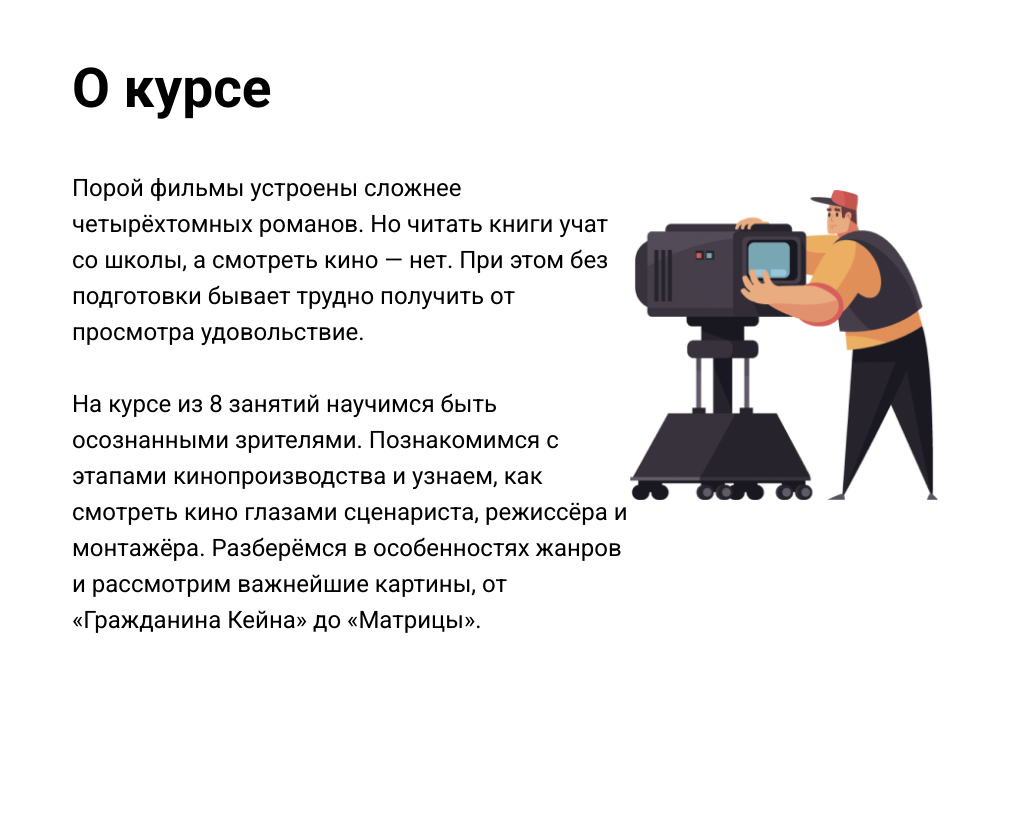
Repository: AytacSafarova/task-figma--1
Page: index.html
The author's editor kept a copy of each file at every save. The page is drawn from the files as they stood at one save, then again after a run of saves.
The browser window is 1024 px wide. The pictures show the whole page.

Above is the page before, as saved 2023-04-29 20:21:18.

After the next 2 saves:
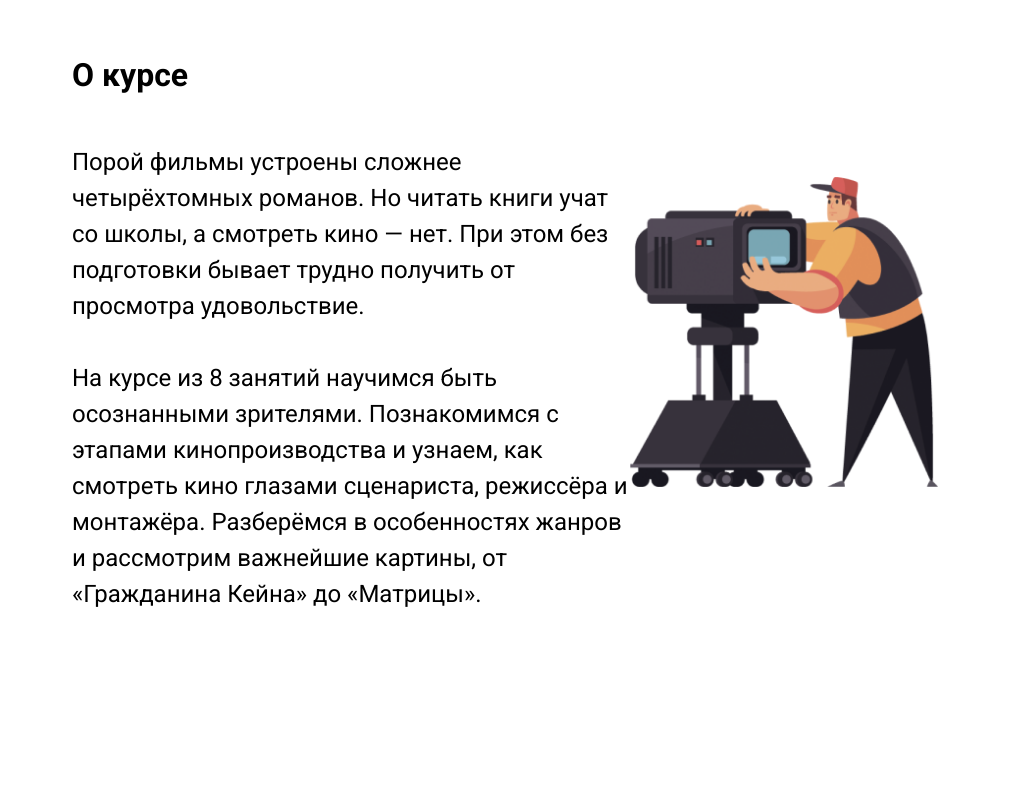
The 2 saves are shown as one change because they came seconds apart.
The last was saved 8 s later.
--- a/index.css
+++ b/index.css
@@ -67,7 +67,9 @@ li {
   .container {
     padding: 56px 86px 180px 72px;
   }
-.left
+.left h1{
+    font-size: 32px;
+}
 
 }
 @media screen and (max-width: 768px) {
